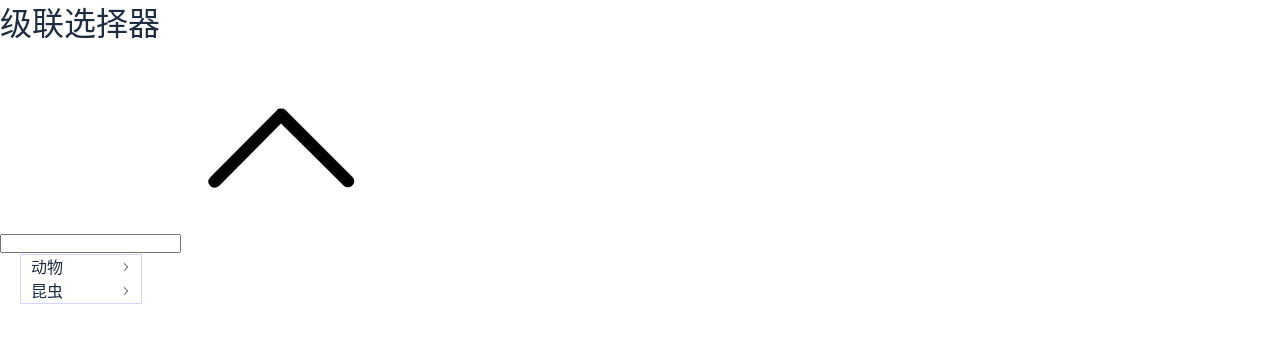
Repository: huming3272/Smile-UI
Page: /
These files come from the project's save history. The page is drawn as it stood at one moment and after the next save; the edit follows.
The browser window is 1280 px wide. The pictures show the whole page.
The project was rebuilt for these pictures with package versions that can differ from the ones it lists, and the page was loaded fresh each time. Also part of the build but not shown: src/lib/gulu.scss, src/lib/svg.js, src/components/Topnav.vue, src/views/Home.vue, src/lib/Breadcrumb.vue, src/views/Doc.vue, src/lib/Switch.vue, src/components/Switch/Switch1.demo.vue and 18 more. Imported but missing from the stored project, and not drawn on this page: src/lib/Tabs.vue, src/lib/openDialog.

Above is the page before, as saved 2022-06-05 18:29:43.

### index.html
<!DOCTYPE html>
<html lang="en">
<head>
  <meta charset="UTF-8">
  <link rel="icon" href="/favicon.ico" />
  <meta name="viewport" content="width=device-width, initial-scale=1.0">
  <title>Vite App</title>
  <!-- <script src="//at.alicdn.com/t/font_3242938_9kpz3740e2n.js"></script> -->
</head>
<body>
  <div id="app"></div>
  <script type="module" src="/src/main.ts"></script>
</body>
</html>

### src/main.ts
import "./lib/gulu.scss";
import "./lib/svg.js";
import "./index.scss";
import { createApp } from 'vue';
import App from './App.vue';
import router from './router/index';
import 'github-markdown-css'

const app = createApp(App)
app.use(router)
app.mount('#app')

### src/index.scss
* {
  margin: 0;
  padding: 0;
  box-sizing: border-box;
}
ul,
ol {
  list-style: none;
}
a {
  text-decoration: none;
  color: inherit;
  border-bottom: 1px solid transparent;
  &:hover {
    border-bottom: 1px solid;
    text-decoration: underline;
    cursor: pointer;
  }
}
h1,h2,h3,h4,h5,h6{
  font-weight: normal;
}
body{
  font-size: 16px;
  font-family: -apple-system, "Noto Sans",
  "Helvetica Neue",
  Helvetica, "Nimbus Sans L", Arial,
  "Liberation Sans",
  "PingFang SC",
  "Hiragino Sans GB",
  "Noto Sans CJK SC",
  "Source Han Sans SC",
  "Source Han Sans CN",
  "Microsoft YaHei",
  "Wenquanyi Micro Hei",
  "WenQuanYi Zen Hei",
  "ST Heiti",
  SimHei,
   "WenQuanYi Zen Hei Sharp",
  sans-serif;
  line-height: 1.5;
  color: #1d2c40;
}
.icon {
  width: 1em; height: 1em;
  vertical-align: -0.15em;
  fill: currentColor;
  overflow: hidden;
}

### src/App.vue
<template>
  <router-view class="window"/>
</template>

<script lang='ts'>
import {ref,provide} from 'vue'
import router from './router/index'
export default {
  name: 'App',

  setup(){
    const width = document.documentElement.clientWidth;
    //获取窗口宽度
    const menuVisible = ref(width <= 500 ? false : true);
    const toggleAside = ref(false)


    //检测窗口宽度
    //定义初值，类似vue2的data

    provide('menuVisible',menuVisible)//set
    //provide提供menuVisible给全局
    provide('toggleAside',toggleAside)
    // const currentPath = route.matched[route.matched.length-1].path
    // const breadcrumbList = currentPath.split('/')
  },


}
</script>
<style lang="scss">
  *{
    padding: 0;
    margin: 0;
    list-style: none;
  }
  .window{
    height: 100vh;
    overflow-y:scroll;
  }
</style>

### src/router/index.ts
import { createWebHashHistory, createRouter } from 'vue-router'
import Home from '../views/Home.vue'
import Doc from '../views/Doc.vue'
import Switch from '../components/Switch/SwitchDemo.vue'
import Button from '../components/Button/ButtonDemo.vue'
import Dialog from '../components/Dialog/DialogDemo.vue'
import Tabs from '../components/Tabs/TabsDemo.vue'
import DocDemo from '../components/DocDemo.vue'
import Breadcrumb from '../components/Breadcrumb/BreadcrumbDemo.vue'
import Cascader from '../lib/Cascader.vue'

import Intro from '../views/Intro.vue';
import GetStarted from '../views/GetStarted.vue'
import Install from '../views/Install.vue'
import Text from '../lib/text.vue'
import notFound from '../views/notFound.vue'

import { h } from 'vue';
import Markdown from '../components/Markdown.vue';
const md = (filename) => { return h(Markdown, { path: `../markdown/${filename}.md`, key: filename }) }
//  必须加上不同的key，不然切换组件后，渲染会失败
const history = createWebHashHistory()
// hash型路由
const router = createRouter(
    // 创建路由器
    {
        history: history,
        routes: [
            {
                path: '/',
                meta: {
                    title: '级联选择器'
                },
                 component: Cascader,
            },
            {
                path: '/',
                meta: {
                    title: '首页'
                },
                 component: Home,
            },
            {
                path: '/doc', component: Doc,
                meta: {
                            title: '文档'
                        },
                children: [
                    {
                        path: '', component: DocDemo,
                    },
                    {
                        path: 'switch', component: Switch,
                        meta: {
                            title: '开关'
                        }
                    },
                    {
                        path: 'button', component: Button,
                        meta: {
                            title: '按钮'
                        }
                    },
                    {
                        path: 'dialog', component: Dialog,
                        meta: {
                            title: '对话框'
                        }
                    },
                    {
                        path: 'tabs', component: Tabs,
                        meta: {
                            title: '选项卡'
                        }
                    },
                    {
                        path: 'breadcrumb', component: Breadcrumb,
                        meta: {
                            title: '面包屑'
                        }
                    },
                    {
                        path: "intro", component: md('intro'),
                        meta: {
                            title: '介绍'
                        }
                    },
                    {
                        path: "get-started", component: md('get-started'),
                        meta: {
                            title: '开始'
                        }
                    },
                    {
                        path: "install", component: md('install'),
                        meta: {
                            title: '安装'
                        }
                    },
                ]
            },
            {
                path: "/404",
                name: 'notFound',
                component: notFound
            },
            {
                path: '/:pathMatch(.*)',redirect: '/404',
                //  catchAll
                // 配置任意未知页面404未找到
                meta:{
                    title: '404'
                }
            }
        ]
    }
)


export default router

### src/lib/Cascader.vue
<template>
  <div class="cascader">
    <h1>级联选择器</h1>
    <div class="inputWrapper">
      <input
      type="text"
      @focus="handleClick('focus')"
      @blur="handleClick('blur')"
      v-model="checkedValue"
    />
      <img class="arrow" :class="{'rotateArrow':open}" src="../assets/arrow-down.png" alt=""/>
    </div>
    <CascaderSelector
      class="CascaderSelector"
      v-model:source="util"
      @patch="onPatch"
      v-show="open"
      id="style"
    />
  </div>
</template>
<script lang="ts">
import CascaderSelector from "./CascaderSelector.vue";
import { ref } from "vue";
export default {
  name: "Cascader",
  components: {
    CascaderSelector,
  },
  setup() {
    let checkedValue = ref<string>("");
    let open = ref<boolean>(true);
    const data = [
      {
        label: "a",
        name: "动物",

        children: [
          {
            label: "a_1",
            name: "狮子",
          },
          {
            label: "a_2",
            name: "老虎",
          },
          {
            label: "a_3",
            name: "猫咪",

            children: [
              {
                label: "a_3_1",
                name: "俄罗斯蓝猫",
              },
              {
                label: "a_3_2",
                name: "暹罗猫",
              },
              {
                label: "a_3_3",
                name: "田园猫",
              },
            ],
          },
        ],
      },
      {
        label: "b",
        name: "昆虫",

        children: [
          {
            label: "b_1",
            name: "蚂蚁",
          },
          {
            label: "b_2",
            name: "蟑螂",

            children: [
              {
                label: "b_2_1",
                name: "白蟑螂",
              },
              {
                label: "b_2_2",
                name: "黑蟑螂",
              },
              {
                label: "b_2_3",
                name: "红蟑螂",
              },
            ],
          },
          {
            label: "b_3",
            name: "甲虫",
          },
        ],
      },
    ];
    const handleClick = (event) => {
      if (event === "focus") {
        open.value = true;
        // checkedValue.value = "";
      }
    };
    const onPatch = (val) => {
      let string = val.join("/");
      checkedValue.value = string;
      window.alert(`你选择了${string}`)
      open.value = false;
    };
    const util = ref(data);
    return {
      util,
      checkedValue,
      open,
      onPatch,
      handleClick,
    };
  },
};
</script>
<style lang="scss" scoped>
  .cascader{
    // width: 200px;
    // overflow:scroll;
  }
  .arrow{
    transition: all 0.5s;

  }
  .CascaderSelector{
    margin-left: 20px;
    border-left: 1px solid rgb(213, 213, 255);
  }
  .rotateArrow{
     transform: rotate(-180deg);
  }
</style>

### src/lib/CascaderSelector.vue
<template>
  <div class="cascaderSelector">
    <div class="item">
        <li v-for="item,index in source" @click="choose(index, $event)" :key="item.label"
          :class="[index==actId? 'active':'']"
        >
          <span>
            {{item.name}}
          </span>
          <img v-show="item?.children?.length > 0" class="rightArrow" src="../assets/arrow-down.png" alt="">
        </li>
    </div>
      <div class="selector" v-if="actId>-1 && source[actId].children">
        <IniCascader  v-model:source="source[actId].children" :activeId="actId" @patch="onPatch" :selected="selected">
        </IniCascader>
      </div>
  </div>
</template>
<script lang="ts">
import {defineAsyncComponent, ref, reactive} from 'vue'

export default {
  // 参考https://wenku.baidu.com/view/179a1af130d4b14e852458fb770bf78a65293a67.html
  // https://dandelioncloud.cn/article/details/1488173854068690945
  // https://dandelioncloud.cn/article/details/1426183821665615874
  name: "CascaderSelector",
  components:{
    IniCascader: defineAsyncComponent(() => import('./CascaderSelector.vue'))
  },
  props: {
      source: {
          type: Array,
      },
      activeId: {
          type: Number,
      },
      selected: {
         type: Array,
         default: ()=>{
           return []
         }
      }
  },
  setup(props, content) {
    // console.log(props.activeId, '传递子索引')
    let iniIndex = ref<number>()
    let actId = ref<number>()
    let copyItem = ref([])
    let selected = ref([])
    let once = ref<boolean>(true)
    const choose = (index, event) => {
        actId.value = index
        // console.log(props.source[actId.value].children, 'choose')
        // console.log(props.source[actId].children)
        // copyItem.value = copyItem.value.concat(props.itemGroud)
        selected.value = [props.source[actId.value].name]
        if (!props.source[actId.value].children) {
          // console.log('name', props.source[actId.value])
          // console.log(copyItem, '数组')
          // content.emit("patch", props.source[actId.value].name)
          content.emit("patch", selected.value )
        }
        // console.dir(event)
    }
    const onPatch = (val) => {
      // if (props.source[props.activeId]?.name) {
        // let checkedVal = props?.source?.[props.activeId]?.name + '/' + val;
        let checkedVal = []
        checkedVal = selected.value.concat(val)
        // copyItem.value.push(props.source[actId.value].name)
        // console.log(props.activeId, 'id', event)
      // content.emit('patch', checkedVal)
      // console.log(1)
        content.emit('patch', checkedVal)
      // console.log(2)
      // console.log(props.activeId, 'patch')
      //点击之后下一个组件显示，activeId初始化-1
      // }
    }
    return{
      choose, onPatch, actId, copyItem, selected
    }
  },
};
</script>
<style lang="scss" scoped>
.cascaderSelector{
  display: flex;
.item{
  padding:0 10px;
  border-right: 1px solid rgb(213, 213, 255);
  border-top: 1px solid rgb(213, 213, 255);
  border-bottom: 1px solid rgb(213, 213, 255);
}
.rightBorder{
  border-right: 1px solid rgb(213, 213, 255);
}
  li{
    display: flex;
    align-items: center;
    justify-content: space-between;
    min-width: 100px;
    .rightArrow{
      transform: rotate(-90deg);
      width: 10px;
    }
  }
}
div {
  // margin-left: 10px;
}
.active{
  background: rgb(182, 182, 182);
}
.selector{

}
</style>

After the next save:
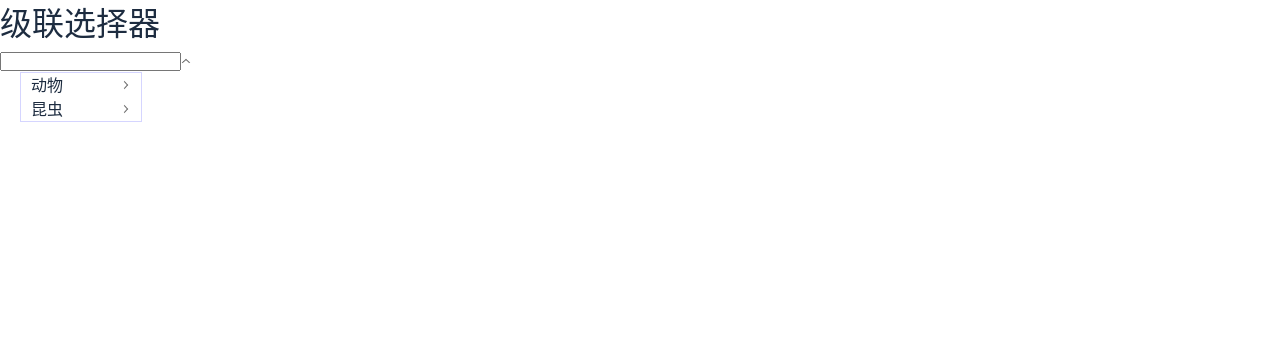
Saved 6 s later.
--- a/src/lib/Cascader.vue
+++ b/src/lib/Cascader.vue
@@ -130,7 +130,7 @@ export default {
   }
   .arrow{
     transition: all 0.5s;
-
+    width: 10px;
   }
   .CascaderSelector{
     margin-left: 20px;
